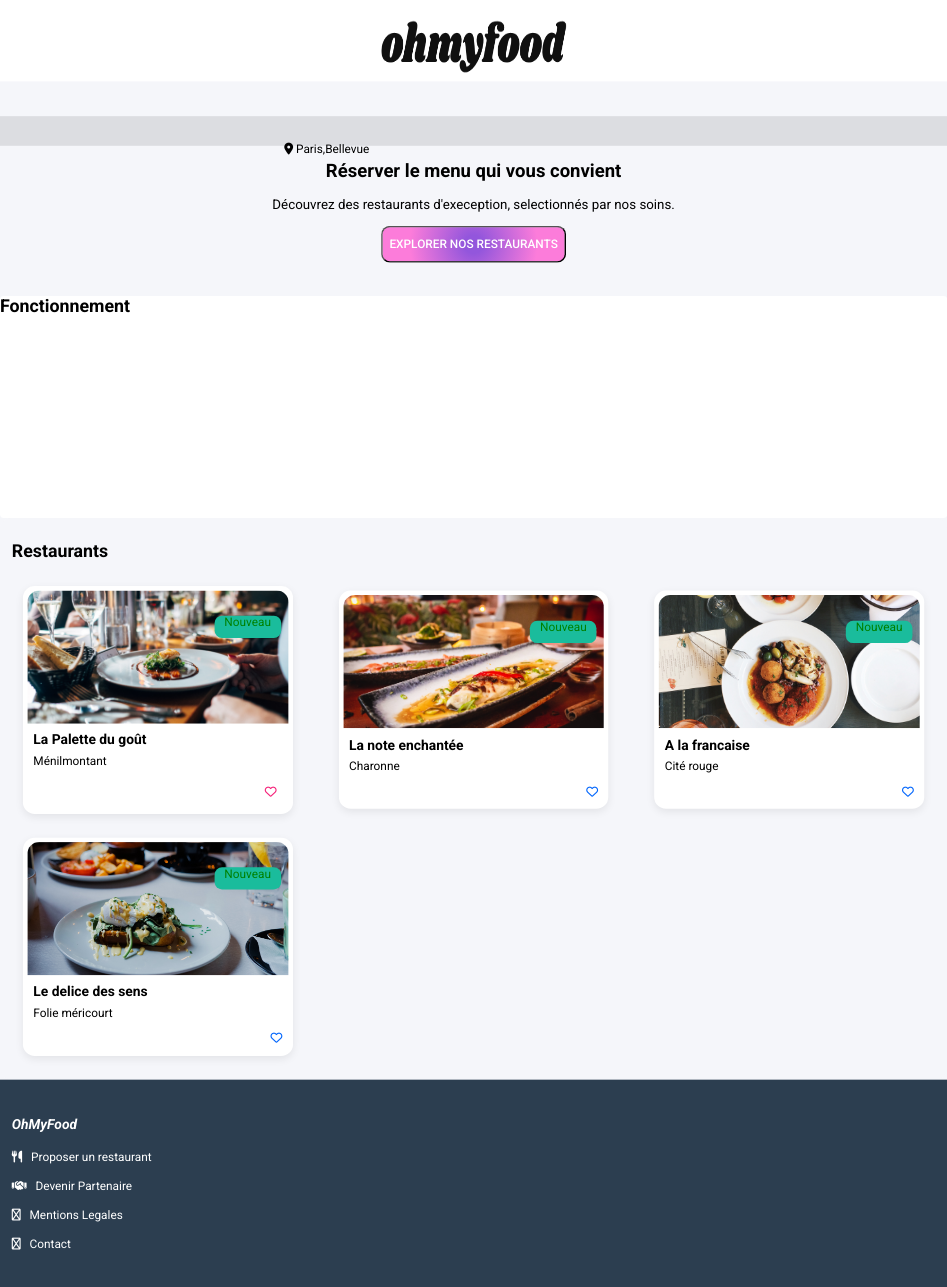
Repository: ultraasedev/ohmyfood
Page: index.html
An editor plug-in stored every save of this project. The page is shown before and after the next save, followed by the edit.
The browser window is 1280 px wide. The pictures show the whole page, at 74% of full size.
Some web fonts or font styles are not loaded; a fallback is used. Some web libraries are served in a nearby version.

Above is the page before, as saved 2022-10-27 18:39:01.

### index.html
<!doctype html>
<html lang="fr">
    <head>
        <meta charset="UTF-8">
        <meta name="viewport" content="width=device-width,minimum-scale=1,initial-scale=1,maximum-scale=2">

      <title>Ohmyfood!  - Home</title>
       <meta name="description" content="Ohmyfood! est une entreprise de commande de repas en ligne. Notre concept permet aux
       utilisateurs de composer leur propre menu et réduire leur temps d’attente dans les
       restaurants car leur menu est préparé à l’avance. Plus de perte de temps à consulter la carte"/>
       <meta property="og:site_name" content="Ohmyfood!  - est une entreprise de commande de repas en ligne. Notre concept permet aux
       utilisateurs de composer leur propre menu et réduire leur temps d’attente dans les
       restaurants car leur menu est préparé à l’avance. Plus de perte de temps à consulter la carte" />
       <meta property="og:description" content="est une entreprise de commande de repas en ligne. Notre concept permet aux
       utilisateurs de composer leur propre menu et réduire leur temps d’attente dans les
       restaurants car leur menu est préparé à l’avance. Plus de perte de temps à consulter la carte" />




       <link type="text/css" rel="stylesheet" href="css/normalize.css"/>
       <link type="text/css" rel="stylesheet" href="css/all.min.css"/>
       <link type="text/css" rel="stylesheet" href="css/fontawesome.min.css"/>
       <link rel="preconnect" href="https://fonts.googleapis.com">
        <link rel="preconnect" href="https://fonts.gstatic.com" crossorigin>
       <link href="https://fonts.googleapis.com/css2?family=Roboto:ital,wght@0,100;0,300;0,400;0,500;0,700;0,900;1,100;1,300;1,400;1,500;1,700;1,900&family=Shrikhand&display=swap" rel="stylesheet">
       <script   src="https://kit.fontawesome.com/f132f25ed3.js" crossorigin="anonymous"></script>

       <link type="text/css" rel="stylesheet" href="css/style.css" />



       </head>

       <body>
<!--Nav + Logo-->
   <div class="nav">
    <div class="logo">
      <img src="images/logo/ohmyfood.png" alt="Ohmyfood !" class="logo"/>
    </div>
   </div>


<!--Header-->
<header>
  <!--Location-->
 <div class="location">
  <div class="villeloca"><p><i class="fa-sharp fa-solid fa-location-dot"></i> Paris,Bellevue</p></div>
</div>

  <div class="head-cont">
    <h2>Réserver le menu qui vous convient</h2>
    <p>Découvrez des restaurants d'exeception, selectionnés par nos soins.</p>

    <button class="btn-nav">
      Explorer nos restaurants
    </button>
  </div>
</header>

<!--Fonctionnement-->
<section class="cont-fonc">
  <h2>Fonctionnement</h2>


</section>
<!--Fonctionnement-->

<!--Restau 1-->
<section class="cont-art">
  <h2>Restaurants</h2>

  <!-- Card 1 -->
              <article class="resto-card">
                <a href="#">
                  <img
                    src="./images/restaurants/jay-wennington-N_Y88TWmGwA-unsplash.jpg"
                    alt="Photo de l'hébergement"
                  />
                  <div class="new">Nouveau</div>
                  <h3>La Palette du goût</h3>
                  <p>Ménilmontant</p>
                  <div class="stars">
                    <i class="fa-regular fa-heart active"></i>
                  </div>
                </a>
              </article>


               <!-- Card 2 -->
               <article class="resto-card">
                <a href="#">
                  <img
                    src="./images/restaurants/louis-hansel-shotsoflouis-qNBGVyOCY8Q-unsplash.jpg"
                    alt="Photo de l'hébergement"
                  />
                  <div class="new">Nouveau</div>
                  <h3>La note enchantée</h3>
                  <p>Charonne</p>
                  <div class="stars">
                    <i class="fa-regular fa-heart"></i>

                  </div>
                </a>
              </article>

               <!-- Card 3 -->
               <article class="resto-card">
                <a href="#">
                  <img
                    src="./images/restaurants/stil-u2Lp8tXIcjw-unsplash.jpg"
                    alt="Photo de l'hébergement"
                  />
                  <div class="new">Nouveau</div>
                  <h3>A la francaise</h3>
                  <p>Cité rouge</p>
                  <div class="stars">
                    <i class="fa-regular fa-heart"></i>
                  </div>
                </a>
              </article>

               <!-- Card 4 -->
               <article class="resto-card">
                <a href="#">
                  <img
                    src="./images/restaurants/toa-heftiba-DQKerTsQwi0-unsplash.jpg"
                    alt="Photo de l'hébergement"
                  />
                  <div class="new">Nouveau</div>
                  <h3>Le delice des sens</h3>
                  <p>Folie méricourt</p>
                  <div class="stars">
                    <i class="fa-regular fa-heart"></i>
                  </div>
                </a>
              </article>




</section>

<!--FOOTER-->
<footer>
  <div class="container-footer">
    <div class="card-footer">
      <h3 style="font-family: 'Roboto';font-weight: 700;font-style: italic;">OhMyFood</h3>
      <!--<img src="images/logo/ohmyfood.png" alt="Ohmyfood !" height="20px" width="80px" style="margin-bottom: 10px;"/>-->
      <a href="#"><i class="fa-solid fa-utensils"></i>&nbsp;&nbsp;&nbsp;Proposer un restaurant</a>
      <a href="#"><i class="fa-solid fa-handshake"></i>&nbsp;&nbsp;&nbsp;Devenir Partenaire</a>
      <a href="#"><i class="fa-regular fa-circle-info"></i>&nbsp;&nbsp;&nbsp;Mentions Legales</a>
      <a href="#"><i class="fa-regular fa-phone"></i>&nbsp;&nbsp;&nbsp;Contact</a>

    </div>

</footer>

### css/style.css
*{
    box-sizing: border-box;
    font-family: var(--fontall);
    max-width: 1380px;

}
:root{

  /*Font*/
  --fontall: 'Roboto', sans-serif;
  --fontlg: 'Shrikhand' , cursive;

  /*color*/
  --primary: #9356DC;
  --secon: #FF79DA;
  --tert: #99E2D0;

  --greybg: #f5f6fa;

}


body{
    background-color:  var(--greybg);
    font-family: var(--fontall);
}

/* Nav*/
.nav{
  display: flex;
  height: 130px;
  width: 100%;
  background-color: #fff;
  align-items: center;
  align-content: center;
  text-align: center;
  margin-bottom: 10px;
}
/*Logo*/
.logo{
  position: relative;
  align-items: center;
  align-content: center;
  text-align: center;
  margin-right: auto;
  margin-left: auto;
}
.logo img{
  height: 70px;
  width: 250px;
}
/*Header*/
header{
  position: absolute;
  height: 300px;
  width: 100%;
  background-color: #f5f6fa;
  align-items: center;
  align-content: center;
  text-align: center;
  margin-top: -30px;
}
/*Location*/
.location{
  position: flex;
  background-color: #dcdde1;
  height: 40px;
  margin-top: -8px;
  align-items: center;
  align-content: center;
  text-align: center;
}
.location .villeloca{
  position: absolute;
  align-items: center;
  align-content: center;
  text-align: center;
  left: 30%;
}

/*Head-Cont*/

.head-cont h2{
  font-size: 25px;
  font-weight: bold;

}
.head-cont p{
  font-size: 18px;
  font-weight: 400;

}
/*Btn-nav*/
.btn-nav{
  align-items: center;
  align-content: center;
  text-transform: uppercase;
  transition: 0.5s;
  background: rgb(147,86,220);
  background: radial-gradient(circle, rgba(147,86,220,1) 10%, rgba(252,124,218,1) 69%);
  z-index: -1;
  transition: transform 400ms ease-in;
  color: #fff;
  width: 250px;
  height: 50px;
  overflow: hidden;
  text-decoration: none;
  border-radius: 12px;
 font-weight: 500;

}
/*Fonctionnement*/
.cont-fonc{
  position: relative;
  background-color: #fff;
  height: 300px;
  margin-top: 270px;
  border-radius: 5px;
}


/* Content Article */
.cont-art{
  background-color: #f5f6fa;
  padding: 32px 16px;
  border-radius: 16px;
  display: grid;
  grid-template-columns: repeat(3, 1fr);
  gap: 32px;
  left: 10px;
}
.cont-art h2 {
  grid-column: 1/-1;
  margin: 0;
}
.cont-art .resto-card{
  background: white;
  padding: 6px;
  border-radius: 16px;
  margin: auto;
  box-shadow: rgba(0, 0, 0, 0.08) 0px 4px 12px;
  transition: 0.2s;
  width: calc(100% - 30px);
}
.cont-art .resto-card .new{
  position: relative;
  background-color: #1abc9c;
  color: green;
  height: 30px;
  width: 90px;
  text-align: center;
  justify-content: center;
  align-items: center;
  border-radius: 10px;
  float: right;
  top: -150px;
  margin-right: 10px;
  font-weight: 400;
}
.cont-art .resto-card img {
  height: 180px;
  object-fit: cover;
  width: 100%;
  border-top-right-radius: 16px;
  border-top-left-radius:16px;
}
.cont-art .resto-card a {
  text-decoration: none;
  color: inherit;
}

.cont-art .resto-card h3 {
  margin: 8px 8px 8px;
}

.cont-art .resto-card p {
  margin: 8px 8px 8px;
}

.cont-art .resto-card .stars {
  margin: 8px 8px 8px;
  color: #0065fc;
  float: right;
}
.cont-art .resto-card .stars .active{
  margin: 8px 8px 8px;
  color: #f52179;
}

/*FOOTER*/
footer {
  background-color: #2c3e50;
  padding: 32px 16px;
  color: #fff;
}
.container-footer {
  display: flex;
  max-width: 1330px;
  margin: auto;
  font-family: "Raleway", sans-serif;
  gap: 16px;
}
.card-footer {
  display: flex;
  flex-direction: column;
  min-width: 30%;
}

.card-footer a {
  margin-top: 5px;
  margin-bottom: 16px;
  text-decoration: none;
  color: inherit;
}

.card-footer a:hover {
  text-decoration: underline !important;
}

Loaded but not shown: css/normalize.css (library); css/all.min.css (library); css/fontawesome.min.css (library)

After the next save:
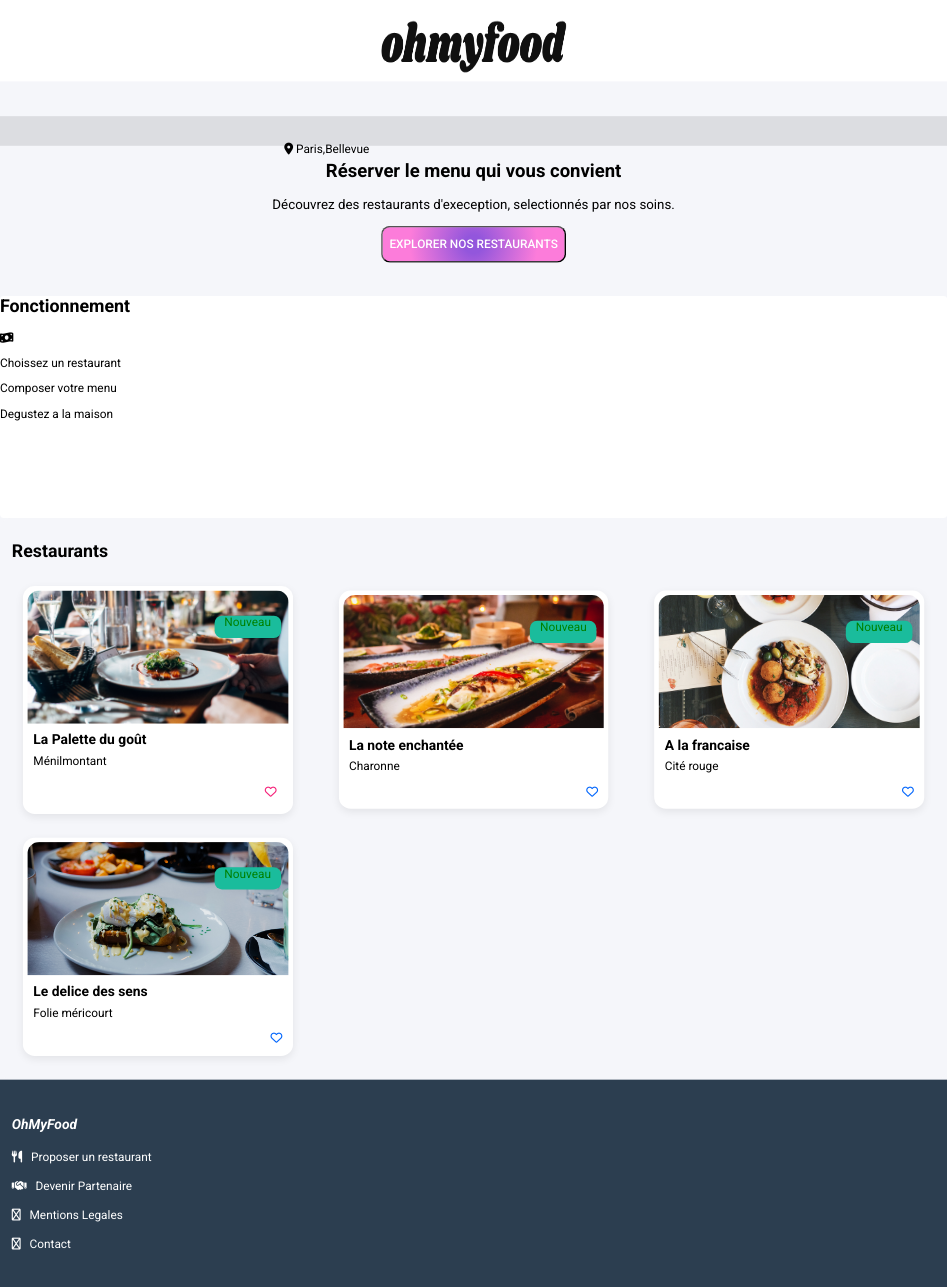
Saved 2 min 22 s later.
--- a/index.html
+++ b/index.html
@@ -62,6 +62,25 @@
 <section class="cont-fonc">
   <h2>Fonctionnement</h2>
 
+  <div class="ctn-filtres">
+
+    <div class="filtres">
+      <i class="fa-solid fa-money-bill-wave"></i>
+      <p>Choissez un restaurant</p>
+    </div>
+
+    <div class="filtres">
+      <div class="circle-inf"></div>
+      <p>Composer votre menu</p>
+    </div>
+
+    <div class="filtres">
+      <div class="circle-inf"></div>
+      <p>Degustez a la maison</p>
+    </div>
+
+
+  </div>
 
 </section>
 <!--Fonctionnement-->
